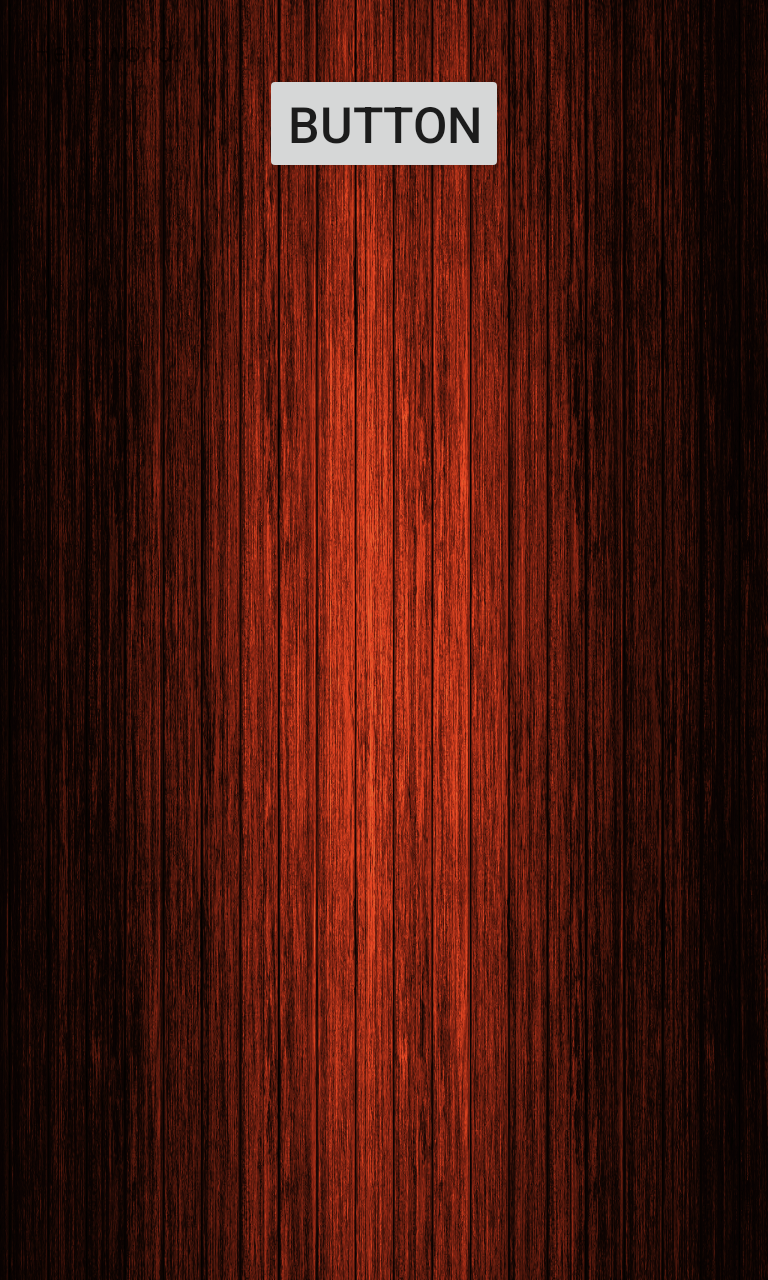
Repository: Hedlundaren/androidmenu
Layout: startmenu/res/layout/activity_main.xml
The author's editor kept a copy of each file at every save. The layout is drawn from the files as they stood at one save, then again after the next save.
It is drawn on a 768 x 1280 px phone screen (xhdpi) without system bars, with theme AppTheme; the app's code is not run.

Above is the layout before, as saved 2014-11-05 17:16:35.

### startmenu/res/layout/activity_main.xml
<RelativeLayout xmlns:android="http://schemas.android.com/apk/res/android"
    xmlns:tools="http://schemas.android.com/tools"
    android:layout_width="match_parent"
    android:layout_height="match_parent"
    android:background="@drawable/redwall"
    android:paddingBottom="@dimen/activity_vertical_margin"
    android:paddingLeft="@dimen/activity_horizontal_margin"
    android:paddingRight="@dimen/activity_horizontal_margin"
    android:paddingTop="@dimen/activity_vertical_margin"
    tools:context="com.example.startmenu.MainActivity" >

    <TextView
        android:id="@+id/textView1"
        android:layout_width="wrap_content"
        android:layout_height="wrap_content"
        android:text="@string/hello_world" />

    <Button
        android:id="@+id/button1"
        android:layout_width="wrap_content"
        android:layout_height="wrap_content"
        android:layout_below="@+id/textView1"
        android:layout_centerHorizontal="true"
        android:text="Button"
        android:textSize="25dp" />

</RelativeLayout>

### startmenu/res/values/strings.xml
<?xml version="1.0" encoding="utf-8"?>
<resources>

    <string name="app_name">startmenu</string>
    <string name="hello_world">Hello world!</string>
    <string name="action_settings">Settings</string>

</resources>

Loaded but not shown: startmenu/res/values/styles.xml (common file); startmenu/res/values-v11/styles.xml (common file); startmenu/res/values-v14/styles.xml (common file); startmenu/res/values/dimens.xml (common file); startmenu/res/values-w820dp/dimens.xml (common file)

After the next save:
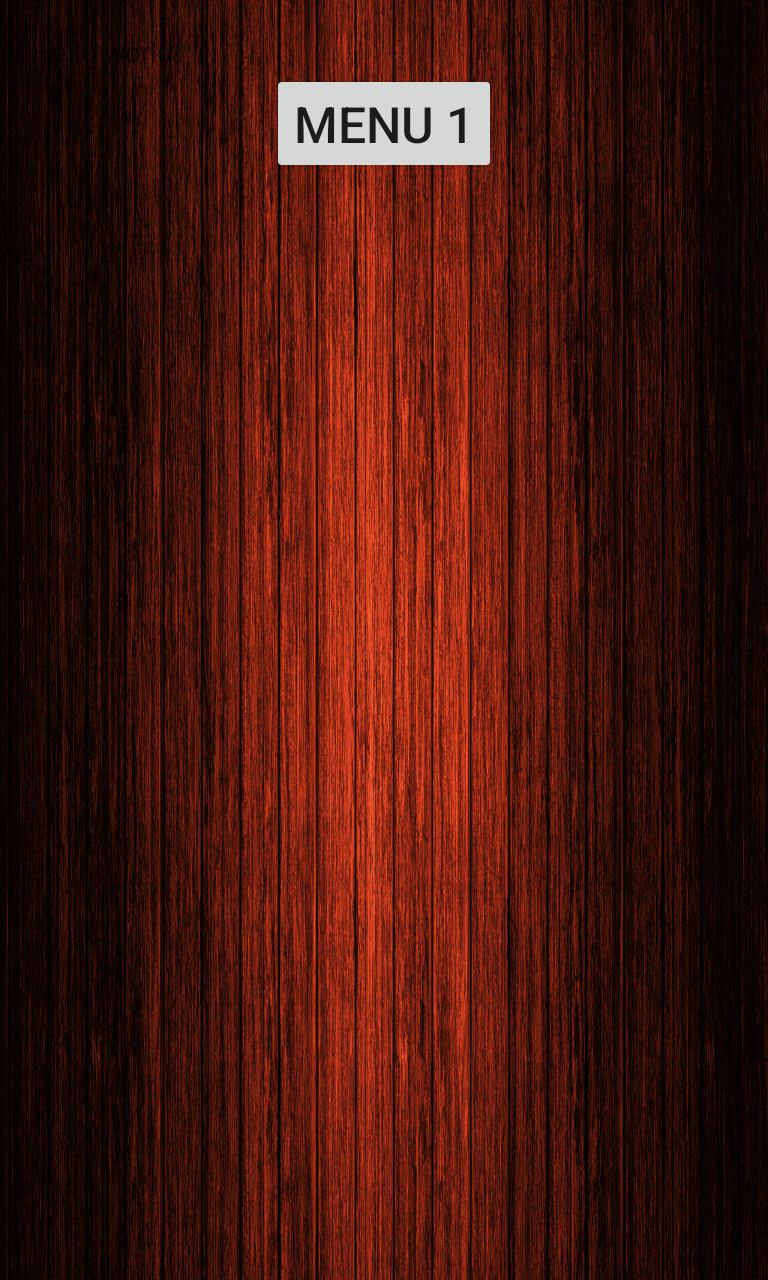
Saved 21 s later.
--- a/startmenu/res/layout/activity_main.xml
+++ b/startmenu/res/layout/activity_main.xml
@@ -21,7 +21,7 @@
         android:layout_height="wrap_content"
         android:layout_below="@+id/textView1"
         android:layout_centerHorizontal="true"
-        android:text="Button"
+        android:text="MENU 1"
         android:textSize="25dp" />
 
 </RelativeLayout>
